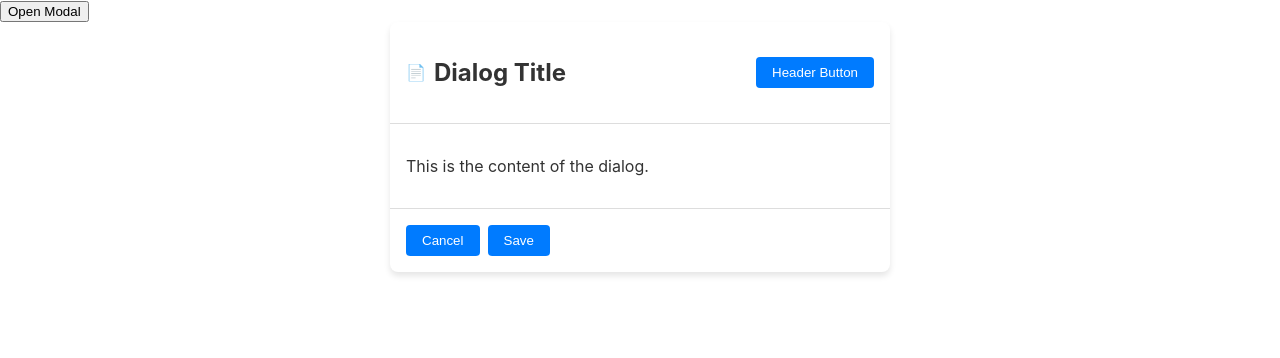
Repository: OliverKostic/dialog-app
Page: /, after clicking the first element matching `button`
An editor plug-in stored every save of this project. The page is shown before and after a run of saves, followed by the edit.
The browser window is 1280 px wide. The pictures show the whole page.
The project was rebuilt for these pictures with package versions that can differ from the ones it lists, and the page was loaded fresh each time.

Above is the page before, as saved 2024-11-28 12:05:30.

After the next 2 saves:
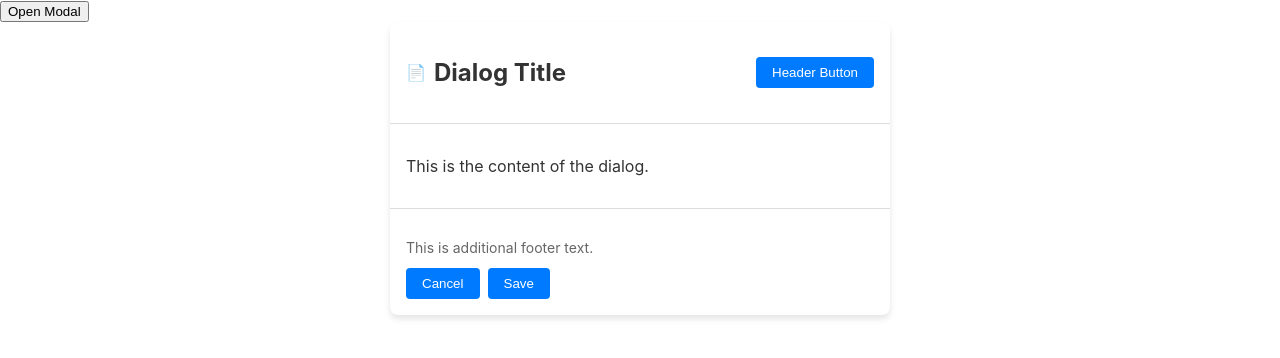
The 2 saves are shown as one change because 1 did not build or start.
The last was saved 27 s later.
--- a/src/App.tsx
+++ b/src/App.tsx
@@ -20,6 +20,7 @@ const App: React.FC = () => {
             <Button label="Cancel" onClick={closeModal} />,
             <Button label="Save" onClick={() => alert('Saved!')} />,
           ]}
+          description="This is additional footer text."
         >
           <p>This is the content of the dialog.</p>
         </Modal>
